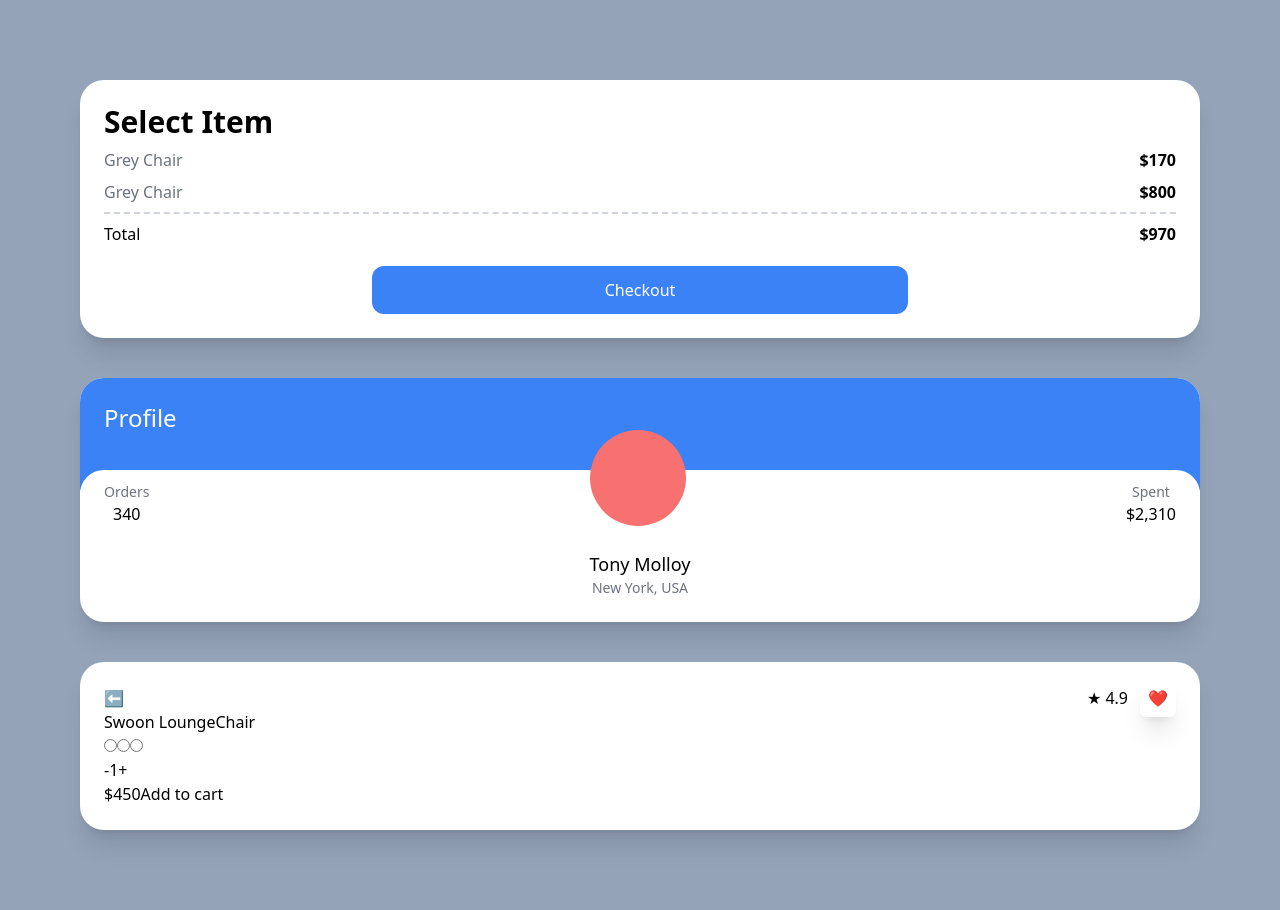
Repository: pjk0007/nextjs-carrot-marcket
Page: /
The author's editor kept a copy of each file at every save. The page is drawn from the files as they stood at one save, then again after the next save.
The browser window is 1280 px wide. The pictures show the whole page.
The project was rebuilt for these pictures with package versions that can differ from the ones it lists, and the page was loaded fresh each time. The framework's server and built-in components were replaced by stand-ins that run in the browser. Also part of the build but not shown: next.config.js.

Above is the page before, as saved 2022-04-30 13:25:32.

After the next save:
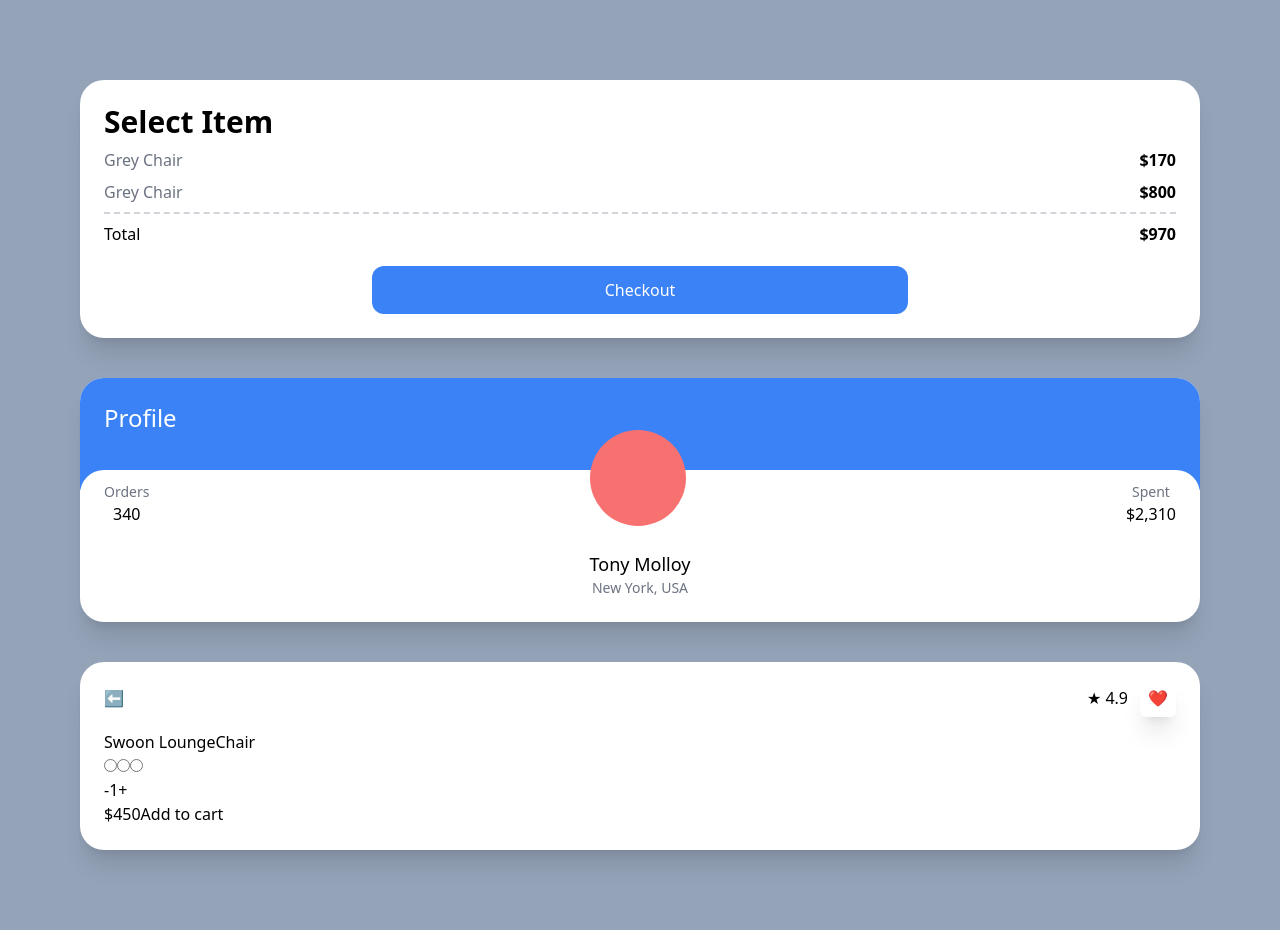
Saved 25 s later.
--- a/pages/index.tsx
+++ b/pages/index.tsx
@@ -43,7 +43,7 @@ const Home: NextPage = () => {
       </div>
 
       <div className='bg-white p-6 rounded-3xl shadow-xl'>
-        <div className='flex justify-between items-center'>
+        <div className='flex mb-5 justify-between items-center'>
           <span>⬅</span>
           <div className='space-x-3'>
             <span>★ 4.9</span>
